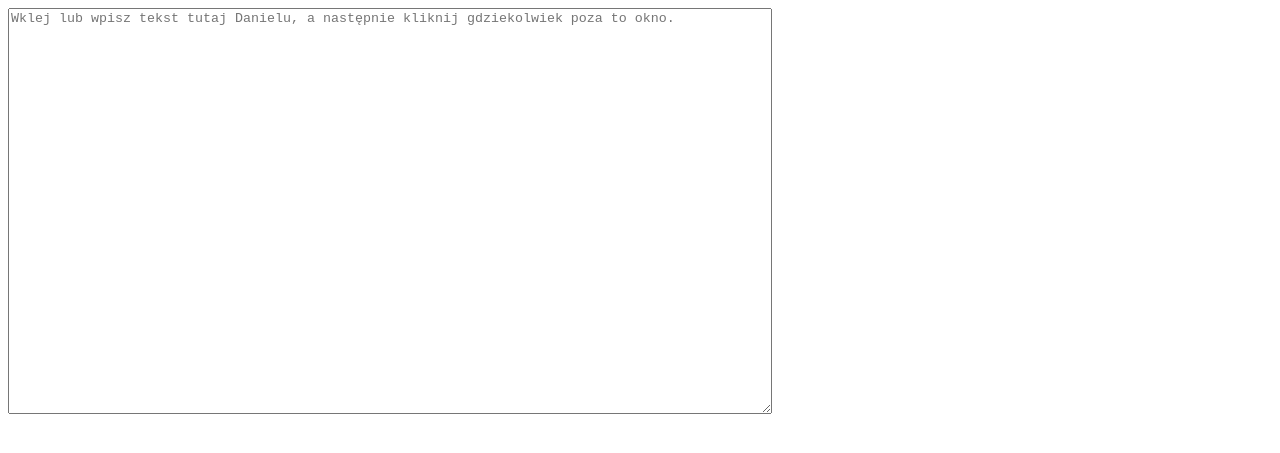
Repository: Gyeboorovsky/Playground
Page: Lettter Counter for Daniel/LetterCounter.html
The author's editor kept a copy of each file at every save. The page is drawn from the files as they stood at one save, then again after the next save.
The browser window is 1280 px wide. The pictures show the whole page.

Above is the page before, as saved 2020-04-05 03:08:36.

After the next save:
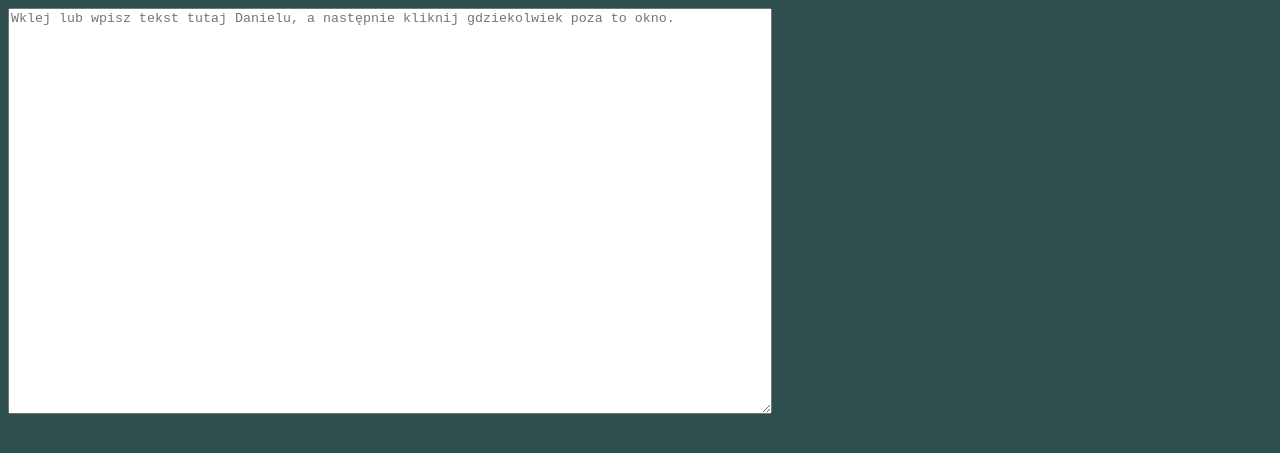
Saved 3 min 38 s later.
--- a/Lettter Counter for Daniel/style.css
+++ b/Lettter Counter for Daniel/style.css
@@ -2,3 +2,6 @@ textarea {
     width: 60%;
     height: 400px;
 }
+body {
+    background-color: darkslategray;
+}
